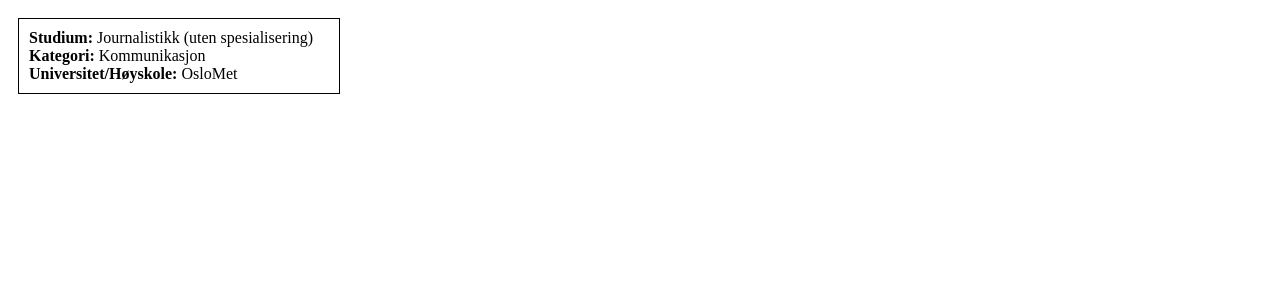
Repository: Larshalvorhansen/personalWebsite
Page: content/infoskjermV2/item-7_dagensUbrukeligeStudie.html
The author's editor kept a copy of each file at every save. The page is drawn from the files as they stood at one save, then again after the next save.
The browser window is 1280 px wide. The pictures show the whole page.

Above is the page before, as saved 2025-02-17 15:50:06.

### content/infoskjermV2/item-7_dagensUbrukeligeStudie.html
<!DOCTYPE html>
<html lang="no">

<head>
    <meta charset="UTF-8">
    <meta name="viewport" content="width=device-width, initial-scale=1.0">
    <title>Studier</title>
    <style>
        .box {
            border: 1px solid black;
            padding: 10px;
            margin: 10px;
            display: inline-block;
            width: 300px;
        }
    </style>
    <script>
        const data = [
            { studium: 'Kjønnsstudier', kategori: 'Humaniora', universitet: 'NTNU' },
            { studium: 'Kjønnsstudier', kategori: 'Humaniora', universitet: 'UiO' },
            { studium: 'Fred og konfliktstudier', kategori: 'Samfunnsvitenskap', universitet: 'Bjørknes Høyskole' },
            { studium: 'Peace and Conflict Studies', kategori: 'Samfunnsvitenskap', universitet: 'UiT' },
            { studium: 'Postkoloniale studier', kategori: 'Humaniora', universitet: 'UiO' },
            { studium: 'Astrologi og esoteriske studier', kategori: 'Annet', universitet: 'Ingen formelle studier tilgjengelig' },
            { studium: 'Sosiologi (uten spesialisering)', kategori: 'Samfunnsvitenskap', universitet: 'UiO' },
            { studium: 'Sosiologi (uten spesialisering)', kategori: 'Samfunnsvitenskap', universitet: 'NTNU' },
            { studium: 'Kunsthistorie', kategori: 'Humaniora', universitet: 'UiO' },
            { studium: 'Kunsthistorie', kategori: 'Humaniora', universitet: 'UiB' },
            { studium: 'Folkloristikk', kategori: 'Humaniora', universitet: 'UiO' },
            { studium: 'Mediestudier (uten teknisk retning)', kategori: 'Kommunikasjon', universitet: 'UiO' },
            { studium: 'Mediestudier (uten teknisk retning)', kategori: 'Kommunikasjon', universitet: 'UiB' },
            { studium: 'Filosofi', kategori: 'Humaniora', universitet: 'UiO' },
            { studium: 'Filosofi', kategori: 'Humaniora', universitet: 'NTNU' },
            { studium: 'Teater og drama', kategori: 'Kunst', universitet: 'NTNU' },
            { studium: 'Teater og drama', kategori: 'Kunst', universitet: 'HiØ' },
            { studium: 'Musikkvitenskap', kategori: 'Kunst', universitet: 'UiO' },
            { studium: 'Musikkvitenskap', kategori: 'Kunst', universitet: 'NTNU' },
            { studium: 'Klassiske studier (latin og gresk)', kategori: 'Humaniora', universitet: 'UiO' },
            { studium: 'Antropologi', kategori: 'Samfunnsvitenskap', universitet: 'UiO' },
            { studium: 'Antropologi', kategori: 'Samfunnsvitenskap', universitet: 'UiB' },
            { studium: 'Retorikk', kategori: 'Humaniora', universitet: 'UiO' },
            { studium: 'Samfunnsplanlegging og kulturforståelse', kategori: 'Samfunnsvitenskap', universitet: 'UiT' },
            { studium: 'Samtidsdans', kategori: 'Kunst', universitet: 'KHiO' },
            { studium: 'Kreativ skriving', kategori: 'Humaniora', universitet: 'UiT' },
            { studium: 'Journalistikk (uten spesialisering)', kategori: 'Kommunikasjon', universitet: 'OsloMet' },
            { studium: 'Journalistikk (uten spesialisering)', kategori: 'Kommunikasjon', universitet: 'UiB' },
            { studium: 'Bibliotek- og informasjonsvitenskap', kategori: 'Kommunikasjon', universitet: 'OsloMet' },
            { studium: 'Arabiske studier', kategori: 'Humaniora', universitet: 'UiO' },
            { studium: 'Etnomusikologi', kategori: 'Kunst', universitet: 'UiO' },
            { studium: 'Scenekunst', kategori: 'Kunst', universitet: 'UiB' },
            { studium: 'Kulturstudier', kategori: 'Humaniora', universitet: 'UiO' },
            { studium: 'Norsk språk og litteratur', kategori: 'Humaniora', universitet: 'UiT' },
            { studium: 'Anvendt teologi', kategori: 'Teologi', universitet: 'NLA Høgskolen' },
            { studium: 'Husdyrvitenskap (uten landbruksaspekt)', kategori: 'Vitenskap', universitet: 'NMBU' },
            { studium: 'Lingvistikk', kategori: 'Humaniora', universitet: 'UiO' },
            { studium: 'Lingvistikk', kategori: 'Humaniora', universitet: 'NTNU' },
            { studium: 'TV-produksjon (når det ikke finnes jobber i bransjen)', kategori: 'Kommunikasjon', universitet: 'Høyskolen Kristiania' },
            { studium: 'Spilldesign (uten programmering)', kategori: 'Kunst', universitet: 'Høyskolen Kristiania' }
        ];

        function getRandomLine() {
            const randomIndex = Math.floor(Math.random() * data.length);
            return data[randomIndex];
        }

        window.onload = function () {
            const line = getRandomLine();
            const container = document.getElementById('container');
            container.innerHTML = `
                <div class="box">
                    <strong>Studium:</strong> ${line.studium}<br>
                    <strong>Kategori:</strong> ${line.kategori}<br>
                    <strong>Universitet/Høyskole:</strong> ${line.universitet}
                </div>
            `;
        }
    </script>
</head>

<body>
    <div id="container"></div>
</body>

</html>

After the next save:
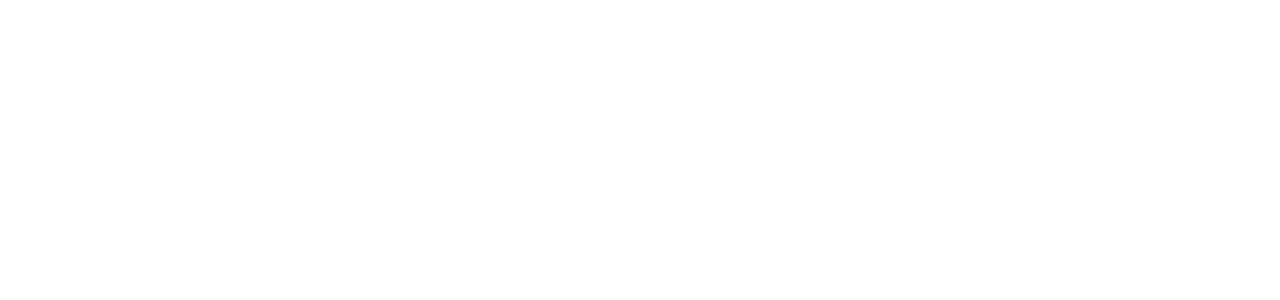
Console error: SyntaxError: Unexpected token '{'
Saved 46 s later.
--- a/content/infoskjermV2/item-7_dagensUbrukeligeStudie.html
+++ b/content/infoskjermV2/item-7_dagensUbrukeligeStudie.html
@@ -15,6 +15,12 @@
         }
     </style>
     <script>
+        html,
+            body {
+            background - color: #000000!important;
+            color: #FFFFFF;
+        }
+
         const data = [
             { studium: 'Kjønnsstudier', kategori: 'Humaniora', universitet: 'NTNU' },
             { studium: 'Kjønnsstudier', kategori: 'Humaniora', universitet: 'UiO' },

After the save that followed:
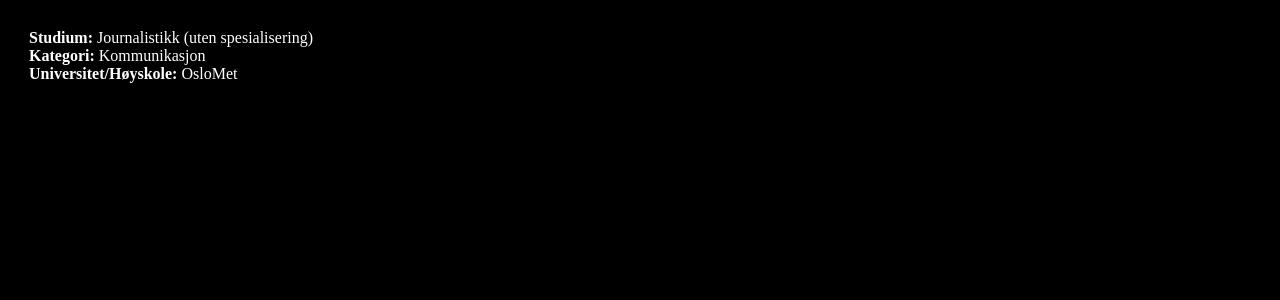
The error is gone.
Saved 11 s later.
--- a/content/infoskjermV2/item-7_dagensUbrukeligeStudie.html
+++ b/content/infoskjermV2/item-7_dagensUbrukeligeStudie.html
@@ -13,13 +13,14 @@
             display: inline-block;
             width: 300px;
         }
+
+        html,
+        body {
+            background-color: #000000 !important;
+            color: #FFFFFF;
+        }
     </style>
     <script>
-        html,
-            body {
-            background - color: #000000!important;
-            color: #FFFFFF;
-        }
 
         const data = [
             { studium: 'Kjønnsstudier', kategori: 'Humaniora', universitet: 'NTNU' },
